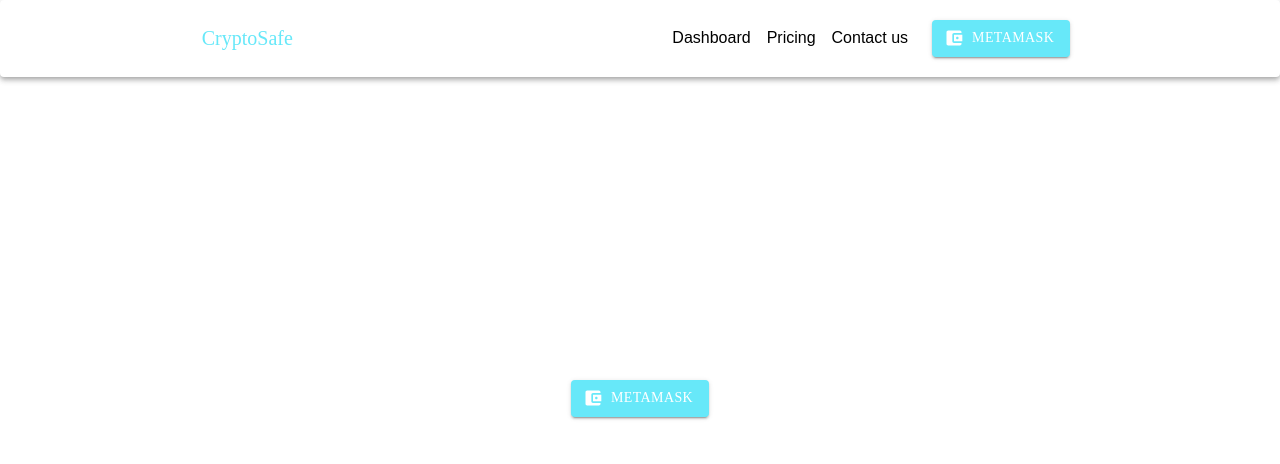
Repository: Matlefebvre1234/CryptoSafe
Page: /
An editor plug-in stored every save of this project. The page is shown before and after a run of saves, followed by the edit.
The browser window is 1280 px wide. The pictures show the whole page.
The project was rebuilt for these pictures with package versions that can differ from the ones it lists, and the page was loaded fresh each time. Also part of the build but not shown: src/App.css, src/pages/Home.js. Imported but missing from the stored project, and not drawn on this page: src/abi/contractAddress.

Above is the page before, as saved 2022-06-01 11:17:13.

### src/index.js
import React from "react";
import ReactDOM from "react-dom/client";
import "./index.css";
import App from "./App";
import reportWebVitals from "./reportWebVitals";
import "@fontsource/roboto/300.css";
import "@fontsource/roboto/400.css";
import "@fontsource/roboto/500.css";
import "@fontsource/roboto/700.css";
const root = ReactDOM.createRoot(document.getElementById("root"));
root.render(
  <React.StrictMode>
    <App />
  </React.StrictMode>
);

// If you want to start measuring performance in your app, pass a function
// to log results (for example: reportWebVitals(console.log))
// or send to an analytics endpoint. Learn more: https://bit.ly/CRA-vitals
reportWebVitals();

### src/index.css
@tailwind base;
@tailwind components;
@tailwind utilities;
@import url("https://fonts.googleapis.com/css2?family=Titan+One&display=swap");
@import url("https://fonts.googleapis.com/css2?family=Cairo&display=swap");
body {
  margin: 0;
  font-family: -apple-system, BlinkMacSystemFont, "Segoe UI", "Roboto", "Oxygen",
    "Ubuntu", "Cantarell", "Fira Sans", "Droid Sans", "Helvetica Neue",
    sans-serif;
  -webkit-font-smoothing: antialiased;
  -moz-osx-font-smoothing: grayscale;
}

code {
  font-family: source-code-pro, Menlo, Monaco, Consolas, "Courier New",
    monospace;
}

### src/App.js
import "./App.css";
import { BrowserRouter as Router, Route, Routes } from "react-router-dom";
import Home from "./pages/Home";
import { StyledEngineProvider } from "@mui/material/styles";
import web3Context from "./Context/web3Context";
import { useRef } from "react";
import Dashboard from "./pages/Dashboard";

function App() {
  const address = useRef();
  const connected = useRef();
  const web3Enable = useRef();
  const provider = useRef();

  const web3state = {
    address: address,
    connected: connected,
    web3Enable: web3Enable,
    provider: provider,
  };

  return (
    <StyledEngineProvider injectFirst>
      <web3Context.Provider value={web3state}>
        <Router>
          <Routes>
            <Route path="/" element={<Dashboard></Dashboard>} />
          </Routes>
        </Router>
      </web3Context.Provider>
    </StyledEngineProvider>
  );
}

export default App;

### src/Context/web3Context.js
import React from "react";

const web3Context = React.createContext();

export default web3Context;

### src/pages/Dashboard.js
import React from 'react'
import Header from '../components/Header'
import CreateAccount from '../components/CreateAccount'
export default function Dashboard() {
  return (
      <div className='w-full h-screen flex flex-col'>
        <Header></Header>
        <CreateAccount></CreateAccount>
      </div>

  )
}

### src/components/Header.js
import React, { useState } from "react";
import { Link } from "react-router-dom";
import MenuIcon from '@mui/icons-material/Menu';
import Paper from "@mui/material/Paper";
import Metamask from "./Metamask";
import { Drawer, List, ListItem, ListItemButton, ListItemText } from "@mui/material";
export default function Header() {


  const [openMenu,setOpenMenu] = useState();

  return (
    <Paper elevation={4} className="">
      <div className="flex lg:justify-around justify-between px- p-5 items-center">
        <span className=" text-xl lg:text-xl text-cyan-300  font-Concert hover:text-blue-400 hover:transform hover:scale-105 antialiased">
          CryptoSafe
        </span>

        <MenuIcon className="lg:hidden text-black" onClick={()=> setOpenMenu(prev => !prev)}></MenuIcon>

        {
          openMenu &&
           <Drawer
           open={openMenu}
           onClose = {()=> setOpenMenu(false)}
           anchor='right'
           >

          <List>
           <ListItem disablePadding className="my-2">
            <ListItemButton>
            <Link
              to="/"
              className=" font-Cairo text-black  flex justify-end w-full antialiased  no-underline hover:text-cyan-400 hover:transform hover:scale-105  "
            >
              Dashboard
            </Link>
            </ListItemButton>
          </ListItem>
          <ListItem disablePadding className="my-2">
            <ListItemButton>
            <Link
              to="/allo"
              className=" font-Cairo text-black flex justify-end w-full antialiased  no-underline hover:text-cyan-400 hover:transform hover:scale-105  "
            >
              Pricing
            </Link>
            </ListItemButton>
          </ListItem>
          <ListItem disablePadding className="my-2">
            <ListItemButton>
            <Link
              to="/"
              className="flex justify-end w-full font-Cairo text-black  antialiased no-underline hover:text-cyan-400 hover:transform hover:scale-105 hover: "
            >
              Contact us
            </Link>
            </ListItemButton>
          </ListItem>
          <Metamask className="my-2"></Metamask>
          </List>

          </Drawer>
        }
        <div className="lg:flex justify-center items-center hidden">
          <div className="flex justify-around mx-2">
            <Link
              to="/"
              className="mx-2 font-Cairo text-black  antialiased  no-underline hover:text-cyan-400 hover:transform hover:scale-105  "
            >
              Dashboard
            </Link>
            <Link
              to="/"
              className="mx-2 font-Cairo text-black antialiased  no-underline hover:text-cyan-400 hover:transform hover:scale-105  "
            >
              Pricing
            </Link>
            <Link
              to="/"
              className="mx-2 font-Cairo text-black antialiased no-underline hover:text-cyan-400 hover:transform hover:scale-105 hover: "
            >
              Contact us
            </Link>
          </div>
          <Metamask></Metamask>
        </div>
      </div>
    </Paper>
  );
}

### src/components/CreateAccount.js
import React, { useContext } from 'react'
import { Button } from '@mui/material'
import GroupAddIcon from '@mui/icons-material/GroupAdd';
import web3Context from "../Context/web3Context";
import Metamask from './Metamask';
import { Contract, utils } from 'ethers';
import abi from "../abi/Master.json"
import contractAddress from '../abi/contractAddress';
export default function CreateAccount({callback}) {

    const web3 = useContext(web3Context);


    async function createAccount()
    {
         let overrides = {

            // The amount to send with the transaction (i.e. msg.value)
            value: utils.parseEther("0.05"),


        };

        let signer = web3.ref_provider.current.getSigner();
        let contract = new Contract(contractAddress,abi,signer);
        await contract.createAccount(web3.ref_address.current,overrides);
        callback();
    }

  return (
      <div className='h-full w-full flex justify-center items-center'>
   {web3.state_connected ? <Button
       size='large'
       variant="contained"
       className="bg-cyan-300 hover:bg-blue-500 mx-2  font-Concert hover:transform hover:scale-105"
       startIcon={<GroupAddIcon></GroupAddIcon>}
       onClick={createAccount}
     >
       Initialize Account
     </Button> :

     <Metamask size='large' text='Connect Wallet To Continue' ></Metamask> }


      </div>
      )
}

### src/components/Metamask.js
import React, { useRef, useState } from "react";
import { useEffect, useContext } from "react";
import Button from "@mui/material/Button";
import {
  Dialog,
  DialogActions,
  DialogTitle,
  DialogContent,
  Card,
} from "@mui/material";
import ExploreIcon from "@mui/icons-material/Explore";
import AccountBalanceWalletIcon from "@mui/icons-material/AccountBalanceWallet";
import { ethers } from "ethers";
import web3Context from "../Context/web3Context";
import { ReactComponent as MetamaskSvg } from "../images/metamask.svg";
import { getExplorer } from "../helper/getExplorer";

export default function Metamask() {
  const web3 = useContext(web3Context);
  const [open, setOpen] = React.useState(false);
  const [accountAddress, setAccountAddress] = useState();
  const chainId = useRef("");
  const explorer = useRef("");

  useEffect(() => {
    function init() {
      if (window.ethereum) {
        web3.web3Enable.current = true;
        web3.provider.current = new ethers.providers.Web3Provider(
          window.ethereum
        );
      } else {
        web3.web3Enable.current = false;
        web3.provider.current = null;
      }
    }
    init();
  }, [web3.web3Enable, web3.provider]);

  async function Connect() {
    if (web3.web3Enable.current) {
      const accounts = await window.ethereum.request({
        method: "eth_requestAccounts",
      });
      web3.address.current = accounts[0];
      setAccountAddress(accounts[0]);
      web3.connected.current = true;
      chainId.current = await (
        await web3.provider.current.getNetwork()
      ).chainId;
      explorer.current = getExplorer("0x" + chainId.current.toString(16));
    } else {
      handleClickOpen();
    }
  }

  function disconnect(){
    if(web3.web3Enable.current && web3.connected.current)
    {
        web3.connected.current = false;
        web3.address.current = '';
        setAccountAddress(null);
        handleClose();
    }
  }
  const handleClickOpen = () => {
    setOpen(true);
  };

  const handleClose = () => {
    setOpen(false);
  };

  return (
    <div>
      <Button

        variant="contained"
        className="bg-cyan-300 hover:bg-blue-500 mx-2  font-Concert hover:transform hover:scale-105"
        startIcon={<AccountBalanceWalletIcon ></AccountBalanceWalletIcon>}
        onClick={accountAddress ? handleClickOpen : Connect}
      >
        {accountAddress
          ? accountAddress.substring(0, 5) +
            "..." +
            accountAddress.substring(38)
          : "Metamask"}
      </Button>

      {web3.web3Enable.current && (
        <Dialog
          open={open}
          onClose={handleClose}
          aria-describedby="alert-dialog-slide-description"
        >
          <DialogTitle className="text-gray-500 font-Cairo">
            {"Account"}
          </DialogTitle>
          <DialogContent>
            <Card variant="outlined" className="p-5 rounded-lg">
              <span className="text-gray-500 font-Cairos">
                {accountAddress}
              </span>
              <a
                href={explorer.current + "/address/" + accountAddress}
                target="_blank"
                rel="noreferrer"
                className="no-underline"
              >
                <div className="flex p-2 hover:text-cyan-400 text-blue-400">
                  <ExploreIcon></ExploreIcon>
                  <span className=" font-Cairos mx-1">View on explorer</span>
                </div>
              </a>
            </Card>
          </DialogContent>
          <DialogActions>
            <Button
              size="large"
              variant="contained"
              className="bg-cyan-400 w-full hover:bg-blue-500 mx-2  font-Concert hover:transform hover:scale-105"
              onClick={disconnect}
            >
              Disconnect
            </Button>
          </DialogActions>
        </Dialog>
      )}

      {!web3.web3Enable.current && (
        <Dialog
          open={open}
          onClose={handleClose}
          aria-describedby="alert-dialog-slide-description"
        >
          <DialogTitle className="font-Cairo text-gray-400 ">Error</DialogTitle>
          <DialogContent>
            <div className="flex flex-col p-2 justify-center items-center text-gray-400 font-Cairo ">
              <span className="text-center my-10 font-mono">
                Please Install{" "}
                <a
                  className="underline text-cyan-400 font-Concert hover:text-blue-400 hover:transfo"
                  href="https://metamask.io/"
                  target="_blank"
                  rel="noopener noreferrer"
                >
                  Metamask extension
                </a>{" "}
                or any other wallet to continue
              </span>
              <a
                className="w-full h-full flex justify-center"
                href="https://metamask.io/"
                target="_blank"
                rel="noopener noreferrer"
              >
                <MetamaskSvg className="w-3/4 h-3/4"></MetamaskSvg>
              </a>
            </div>
          </DialogContent>
          <DialogActions>
            <Button
              size="large"
              variant="contained"
              className="bg-cyan-400 hover:bg-blue-500 mx-2  font-Concert hover:transform hover:scale-105"
              onClick={handleClose}
            >
              Close
            </Button>
          </DialogActions>
        </Dialog>
      )}
    </div>
  );
}

### src/abi/Master.json
[
	{
		"inputs": [
			{
				"internalType": "uint256",
				"name": "id",
				"type": "uint256"
			},
			{
				"internalType": "string",
				"name": "name",
				"type": "string"
			},
			{
				"internalType": "string",
				"name": "password",
				"type": "string"
			}
		],
		"name": "addPassword",
		"outputs": [],
		"stateMutability": "nonpayable",
		"type": "function"
	},
	{
		"inputs": [
			{
				"internalType": "uint256",
				"name": "id",
				"type": "uint256"
			}
		],
		"name": "deletePassword",
		"outputs": [],
		"stateMutability": "nonpayable",
		"type": "function"
	},
	{
		"inputs": [
			{
				"internalType": "address",
				"name": "_admin",
				"type": "address"
			}
		],
		"name": "setAdmin",
		"outputs": [],
		"stateMutability": "nonpayable",
		"type": "function"
	},
	{
		"inputs": [
			{
				"internalType": "address",
				"name": "_address",
				"type": "address"
			}
		],
		"name": "setMasterContract",
		"outputs": [],
		"stateMutability": "nonpayable",
		"type": "function"
	},
	{
		"inputs": [
			{
				"internalType": "address",
				"name": "_owner",
				"type": "address"
			},
			{
				"internalType": "address",
				"name": "_admin",
				"type": "address"
			}
		],
		"stateMutability": "nonpayable",
		"type": "constructor"
	},
	{
		"inputs": [
			{
				"internalType": "uint256",
				"name": "id",
				"type": "uint256"
			},
			{
				"internalType": "string",
				"name": "name",
				"type": "string"
			},
			{
				"internalType": "string",
				"name": "password",
				"type": "string"
			}
		],
		"name": "updatePassword",
		"outputs": [],
		"stateMutability": "nonpayable",
		"type": "function"
	},
	{
		"inputs": [],
		"name": "admin",
		"outputs": [
			{
				"internalType": "address",
				"name": "",
				"type": "address"
			}
		],
		"stateMutability": "view",
		"type": "function"
	},
	{
		"inputs": [],
		"name": "getlistPassword",
		"outputs": [
			{
				"components": [
					{
						"internalType": "uint256",
						"name": "id",
						"type": "uint256"
					},
					{
						"internalType": "string",
						"name": "name",
						"type": "string"
					},
					{
						"internalType": "string",
						"name": "password",
						"type": "string"
					}
				],
				"internalType": "struct Account.Password[]",
				"name": "",
				"type": "tuple[]"
			}
		],
		"stateMutability": "view",
		"type": "function"
	},
	{
		"inputs": [
			{
				"internalType": "uint256",
				"name": "",
				"type": "uint256"
			}
		],
		"name": "listPassword",
		"outputs": [
			{
				"internalType": "uint256",
				"name": "id",
				"type": "uint256"
			},
			{
				"internalType": "string",
				"name": "name",
				"type": "string"
			},
			{
				"internalType": "string",
				"name": "password",
				"type": "string"
			}
		],
		"stateMutability": "view",
		"type": "function"
	},
	{
		"inputs": [],
		"name": "masterContract",
		"outputs": [
			{
				"internalType": "address",
				"name": "",
				"type": "address"
			}
		],
		"stateMutability": "view",
		"type": "function"
	},
	{
		"inputs": [],
		"name": "owner",
		"outputs": [
			{
				"internalType": "address",
				"name": "",
				"type": "address"
			}
		],
		"stateMutability": "view",
		"type": "function"
	}
]

### src/helper/getExplorer.js
export const networkConfigs = {
  "0x1": {
    currencySymbol: "ETH",
    blockExplorerUrl: "https://etherscan.io/",
    wrapped: "0xc02aaa39b223fe8d0a0e5c4f27ead9083c756cc2",
  },
  "0x3": {
    currencySymbol: "ETH",
    blockExplorerUrl: "https://ropsten.etherscan.io/",
  },
  "0x4": {
    currencySymbol: "ETH",
    blockExplorerUrl: "https://rinkeby.etherscan.io/",
  },
  "0x2a": {
    currencySymbol: "ETH",
    blockExplorerUrl: "https://kovan.etherscan.io/",
  },
  "0x5": {
    currencySymbol: "ETH",
    blockExplorerUrl: "https://goerli.etherscan.io/",
  },
  "0x539": {
    chainName: "Local Chain",
    currencyName: "ETH",
    currencySymbol: "ETH",
    rpcUrl: "http://127.0.0.1:7545",
  },
  "0xa86a": {
    chainId: 43114,
    chainName: "Avalanche Mainnet",
    currencyName: "AVAX",
    currencySymbol: "AVAX",
    rpcUrl: "https://api.avax.network/ext/bc/C/rpc",
    blockExplorerUrl: "https://cchain.explorer.avax.network/",
  },
  "0x38": {
    chainId: 56,
    chainName: "Smart Chain",
    currencyName: "BNB",
    currencySymbol: "BNB",
    rpcUrl: "https://bsc-dataseed.binance.org/",
    blockExplorerUrl: "https://bscscan.com/",
    wrapped: "0xbb4CdB9CBd36B01bD1cBaEBF2De08d9173bc095c",
  },
  "0x61": {
    chainId: 97,
    chainName: "Smart Chain - Testnet",
    currencyName: "BNB",
    currencySymbol: "BNB",
    rpcUrl: "https://data-seed-prebsc-1-s1.binance.org:8545/",
    blockExplorerUrl: "https://testnet.bscscan.com/",
  },
  "0x89": {
    chainId: 137,
    chainName: "Polygon Mainnet",
    currencyName: "MATIC",
    currencySymbol: "MATIC",
    rpcUrl: "https://rpc-mainnet.maticvigil.com/",
    blockExplorerUrl: "https://explorer-mainnet.maticvigil.com/",
    wrapped: "0x0d500b1d8e8ef31e21c99d1db9a6444d3adf1270",
  },
  "0x13881": {
    chainId: 80001,
    chainName: "Mumbai",
    currencyName: "MATIC",
    currencySymbol: "MATIC",
    rpcUrl: "https://rpc-mumbai.matic.today/",
    blockExplorerUrl: "https://mumbai.polygonscan.com/",
  },
};

export const getNativeByChain = (chain) =>
  networkConfigs[chain]?.currencySymbol || "NATIVE";

export const getChainById = (chain) => networkConfigs[chain]?.chainId || null;

export const getExplorer = (chain) => networkConfigs[chain]?.blockExplorerUrl;

export const getWrappedNative = (chain) =>
  networkConfigs[chain]?.wrapped || null;

### tailwind.config.js
module.exports = {
  corePlugins: {
    preflight: false,
  },
  content: ["./src/**/*.{js,jsx,ts,tsx}"],
  theme: {
    extend: {
      fontFamily: {
        Concert: " 'Titan One', cursive",
        Cairo: "'Cairo', sans-serif",
      },
    },
  },
  plugins: [],
};

Loaded but not shown: public/index.html (common file); src/reportWebVitals.js (common file)

After the next 2 saves:
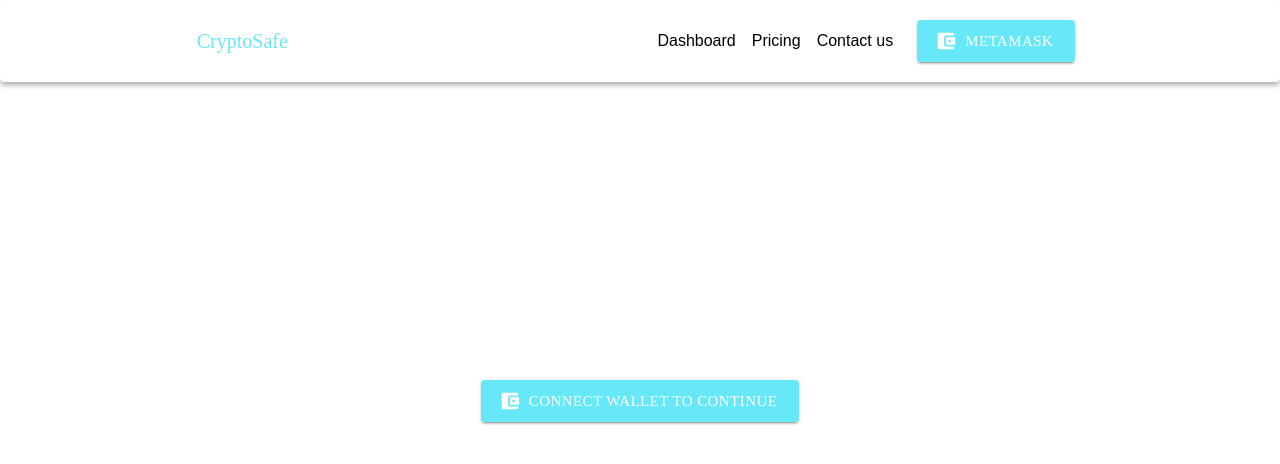
The 2 saves are shown as one change because 1 did not build or start.
The last was saved 2 min 44 s later.
--- a/src/components/Header.js
+++ b/src/components/Header.js
@@ -83,7 +83,7 @@
               Contact us
             </Link>
           </div>
-          <Metamask></Metamask>
+          <Metamask size='large' text='Metamask'></Metamask>
         </div>
       </div>
     </Paper>
--- a/src/components/Metamask.js
+++ b/src/components/Metamask.js
@@ -15,7 +15,7 @@
 import { ReactComponent as MetamaskSvg } from "../images/metamask.svg";
 import { getExplorer } from "../helper/getExplorer";
 
-export default function Metamask() {
+export default function Metamask({size,text}) {
   const web3 = useContext(web3Context);
   const [open, setOpen] = React.useState(false);
   const [accountAddress, setAccountAddress] = useState();
@@ -74,7 +74,7 @@
   return (
     <div>
       <Button
-
+        size={size}
         variant="contained"
         className="bg-cyan-300 hover:bg-blue-500 mx-2  font-Concert hover:transform hover:scale-105"
         startIcon={<AccountBalanceWalletIcon ></AccountBalanceWalletIcon>}
@@ -84,7 +84,7 @@
           ? accountAddress.substring(0, 5) +
             "..." +
             accountAddress.substring(38)
-          : "Metamask"}
+          : text}
       </Button>
 
       {web3.web3Enable.current && (
